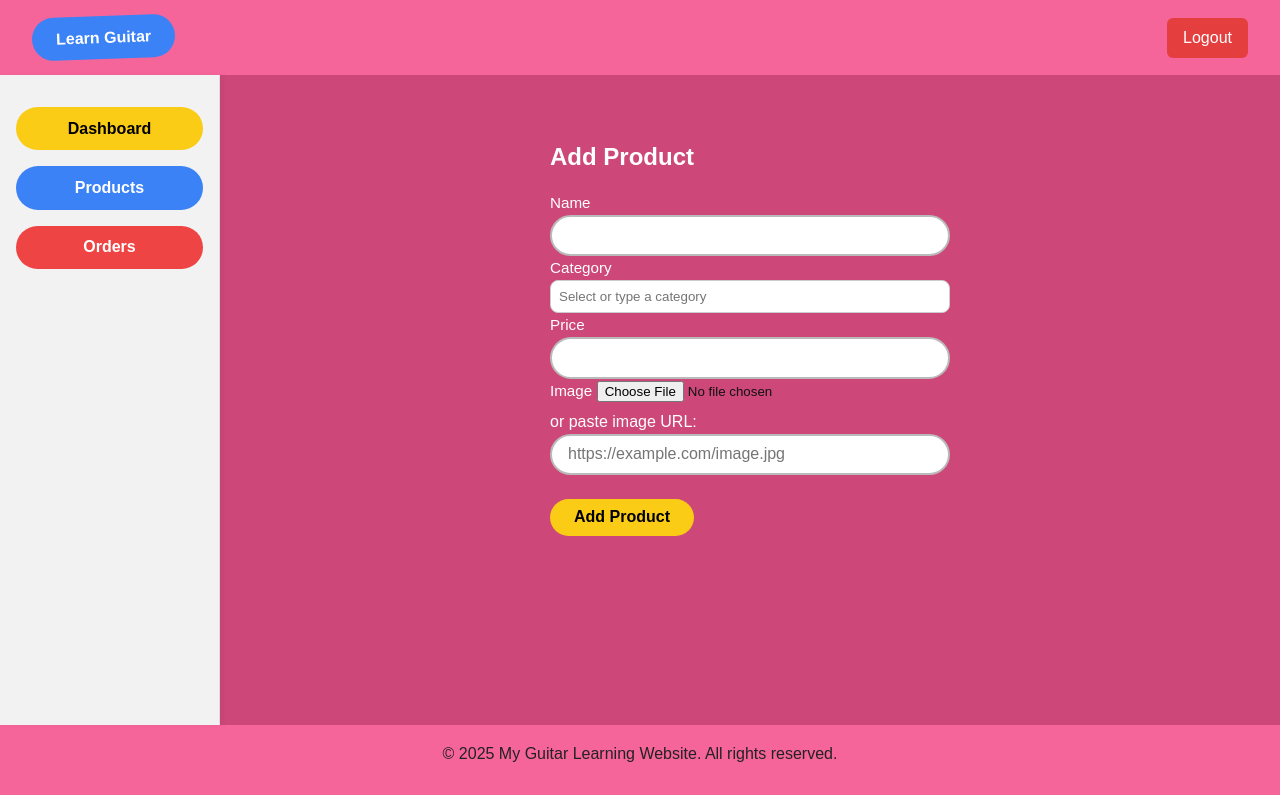
Repository: rywkoo/LearnGuitar
Page: templates/admin/addproduct.html
These files come from the project's save history. The page is drawn as it stood at one moment and after the next save; the edit follows.
The browser window is 1280 px wide. The pictures show the whole page.
The page is served by the project's application, run on Flask 3 (app.py). The template is opened directly, without the code that normally fills it, so the values that code supplies are empty.

Above is the page before, as saved 2025-08-25 22:36:52.

After the next save:
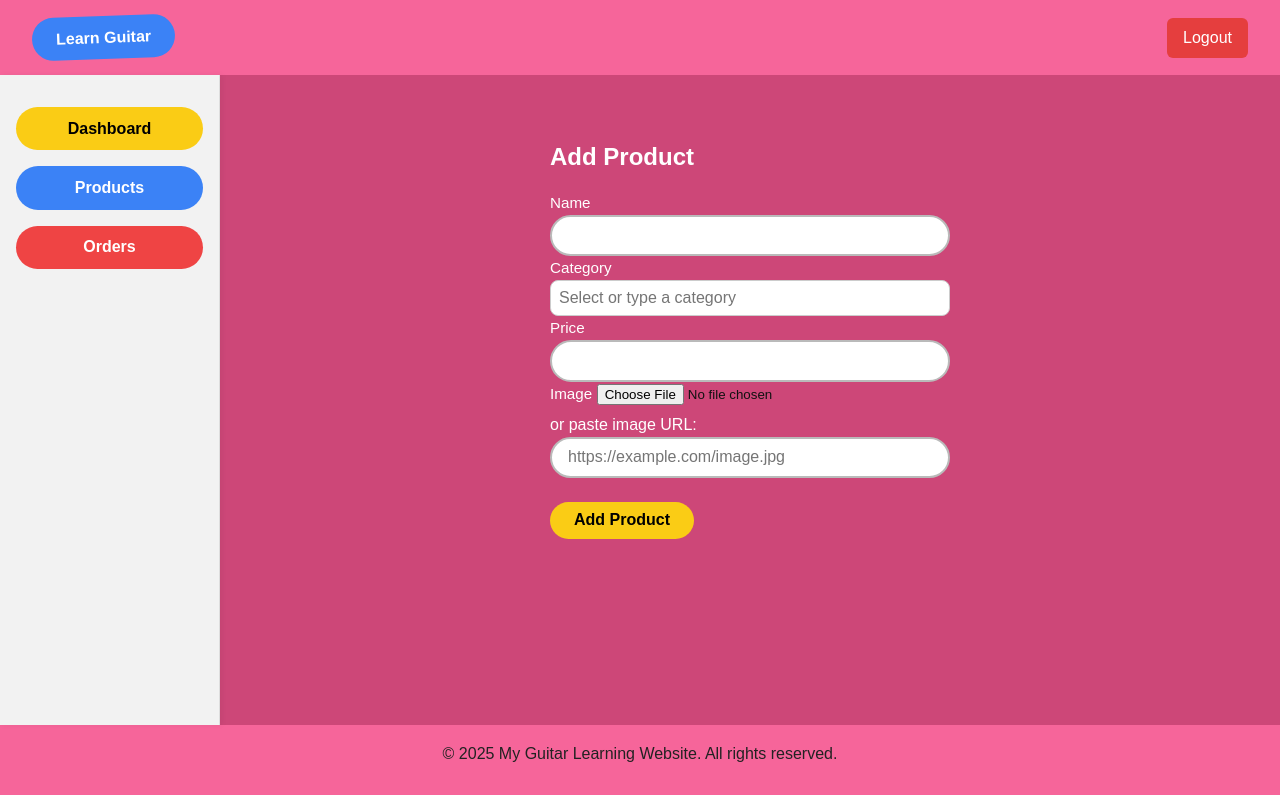
Saved 27 s later.
--- a/templates/admin/addproduct.html
+++ b/templates/admin/addproduct.html
@@ -62,6 +62,7 @@
             <label style="color: white;">Category</label>
             <div class="custom-dropdown">
                 <input
+                    class="input"
                     type="text"
                     id="categoryInput"
                     name="category"
